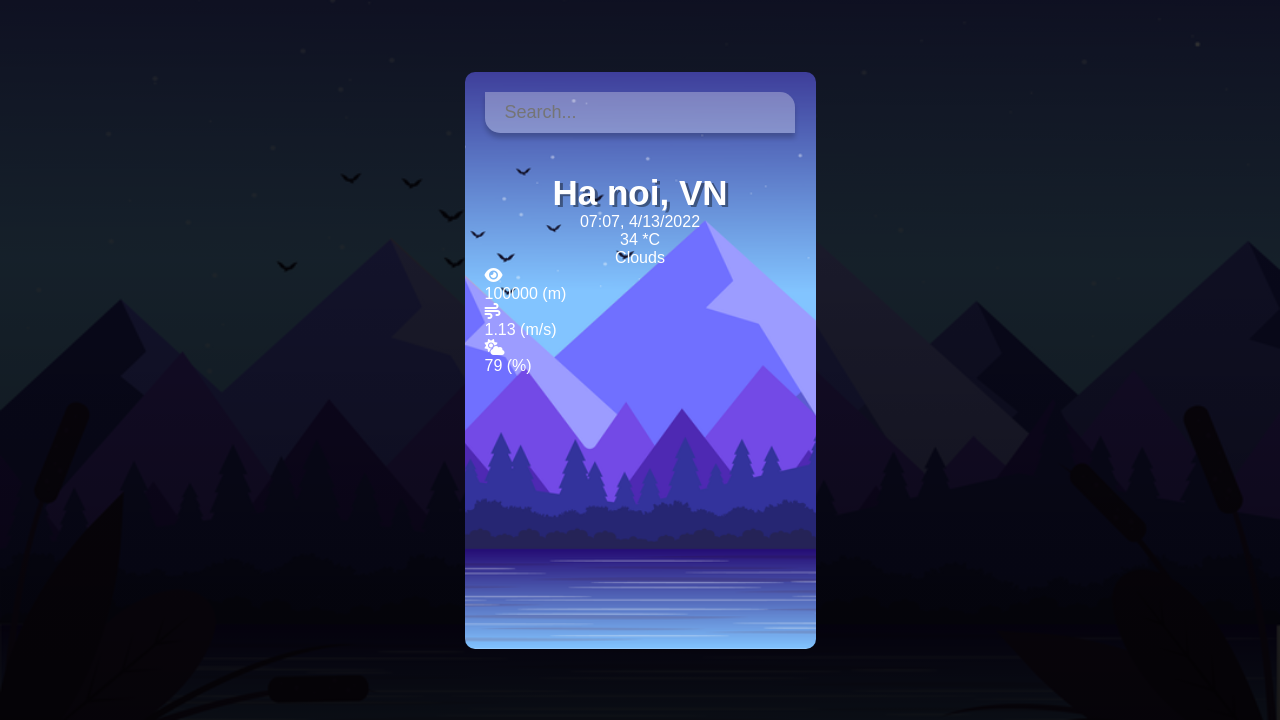
Repository: nganha241/weather-app
Page: index.html
These files come from the project's save history. The page is drawn as it stood at one moment and after the next save; the edit follows.
The browser window is 1280 px wide. The pictures show the whole page.
Some web libraries are served in a nearby version.

Above is the page before, as saved 2022-04-13 09:15:28.

### index.html
<!DOCTYPE html>
<html lang="en">
  <head>
    <meta charset="UTF-8" />
    <meta http-equiv="X-UA-Compatible" content="IE=edge" />
    <meta name="viewport" content="width=device-width, initial-scale=1.0" />
    <title>Document</title>
    <link rel="stylesheet" href="./style.css" />
  </head>
  <body>
    <div id="weather">
      <div class="header">
        <input type="text" placeholder="Search..." />
      </div>
      <div class="content">
        <div class="city">Ha noi, <span class="country">VN</span></div>
        <div class="time">07:07, <span class="date">4/13/2022</span></div>

        <div class="deg">34 *C</div>
        <div class="status">Clouds</div>
      </div>
      <div class="footer">
        <div class="detail">
          <div class="distance">
            <div><i class="fa-solid fa-eye"></i></div>
            <div>100000 <span>(m)</span></div>
          </div>
          <div class="speed">
            <div><i class="fa-solid fa-wind"></i></div>
            <div>1.13 <span>(m/s)</span></div>
          </div>
          <div class="humidity">
            <div><i class="fa-solid fa-cloud-sun"></i></div>
            <div>79 <span>(%)</span></div>
          </div>
        </div>
      </div>
    </div>
    <script
      src="https://kit.fontawesome.com/ae971d7ee0.js"
      crossorigin="anonymous"
    ></script>
    <script src="./main.js"></script>
  </body>
</html>

### style.css
* {
    padding: 0;
    margin: 0;
    box-sizing: border-box;
}

body {
    font-family: sans-serif;
    height: 100vh;
    display: flex;
    justify-content: center;
    align-items: center;
    background: linear-gradient(to top, rgba(0, 0, 0, 0.9), rgba(0, 0, 0, 0.8)), url(./img1.png) no-repeat center/cover;
    color: #fff;
}

#weather {
    padding: 20px;
    width: 351px;
    height: 577px;
    border: none;
    border-radius: 10px;
    background: url(./img1.png) no-repeat center/cover;
}

.header input{
    width: 310px;
    height: 41px;
    border-radius: 0px 15px 0px 15px;
    border: none;
    background: rgba(255, 255, 255, 0.3);
    box-shadow: 0px 5px 5px rgba(0, 0, 0, 0.2);
    outline: none;
    font-size: 18px;
    padding: 0 20px;
    transition: 0.4s;
}

.header input:focus {
    border-radius: 15px 0px 15px 0px;
    background: rgba(255, 255, 255, 0.7);
}

.content {
    margin-top: 40px;
    text-align: center;
}

.city {
    font-size: 35px;
    font-weight: 600;
    text-shadow: 3px 2px rgba(0, 0, 0, 0.4);
}

Loaded but not shown: main.js (no copy from this time; the picture is the same without it)

After the next save:
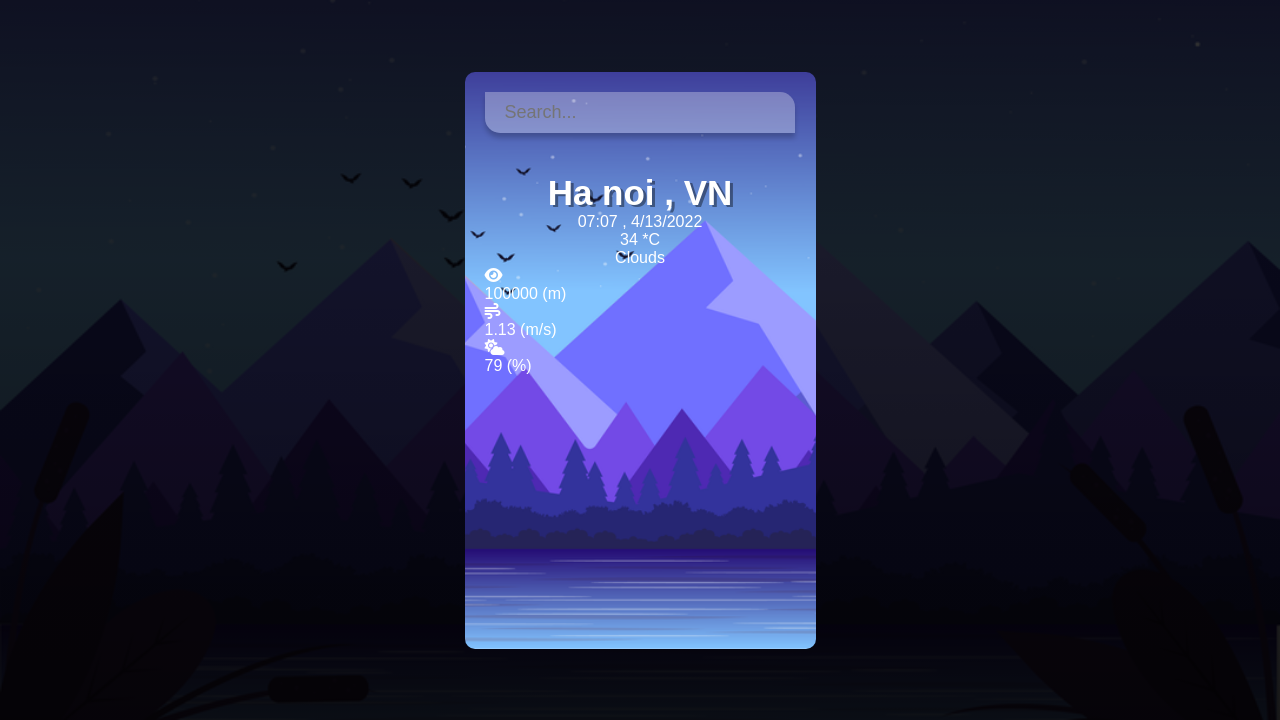
Saved 53 s later.
--- a/index.html
+++ b/index.html
@@ -13,8 +13,8 @@
         <input type="text" placeholder="Search..." />
       </div>
       <div class="content">
-        <div class="city">Ha noi, <span class="country">VN</span></div>
-        <div class="time">07:07, <span class="date">4/13/2022</span></div>
+        <div class="city">Ha noi , <span class="country">VN</span></div>
+        <div class="time">07:07 , <span class="date">4/13/2022</span></div>
 
         <div class="deg">34 *C</div>
         <div class="status">Clouds</div>
